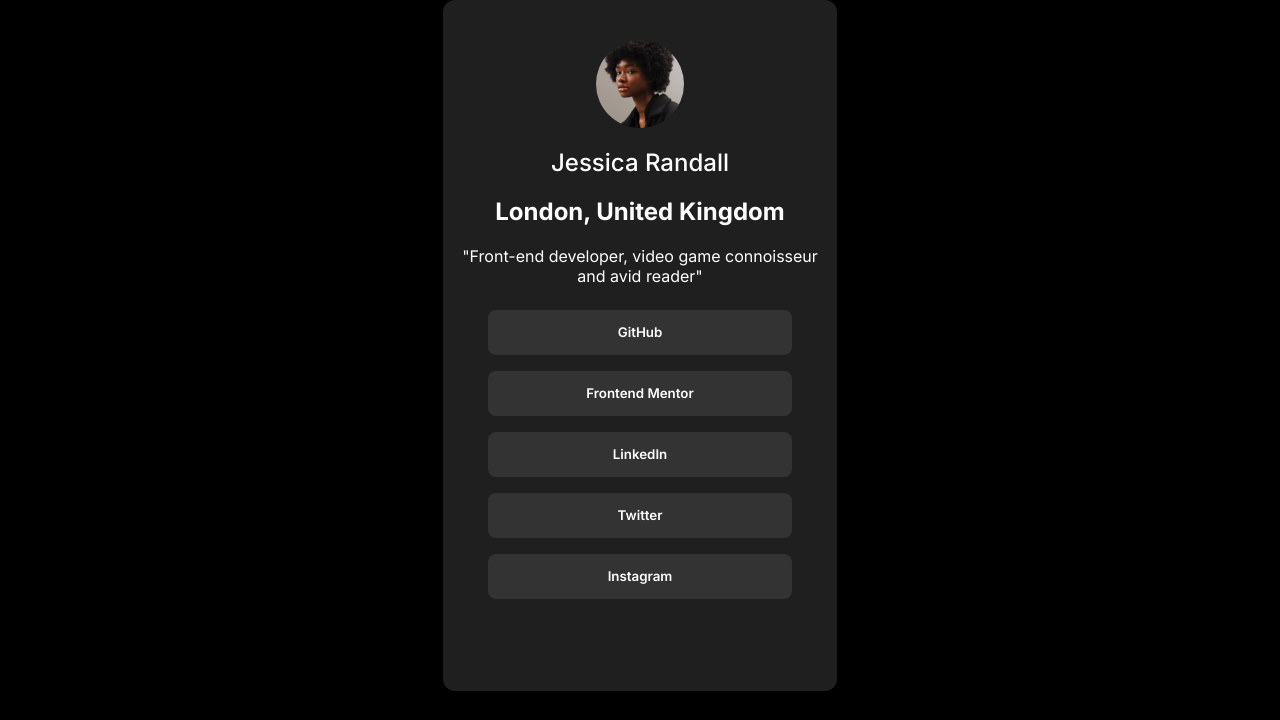
Repository: brandontaylor1/social-links-profile
Page: index.html
These files come from the project's save history. The page is drawn as it stood at one moment and after a run of saves; the edit follows.
The browser window is 1280 px wide. The pictures show the whole page.

Above is the page before, as saved 2024-12-25 17:51:44.

After the next 2 saves:
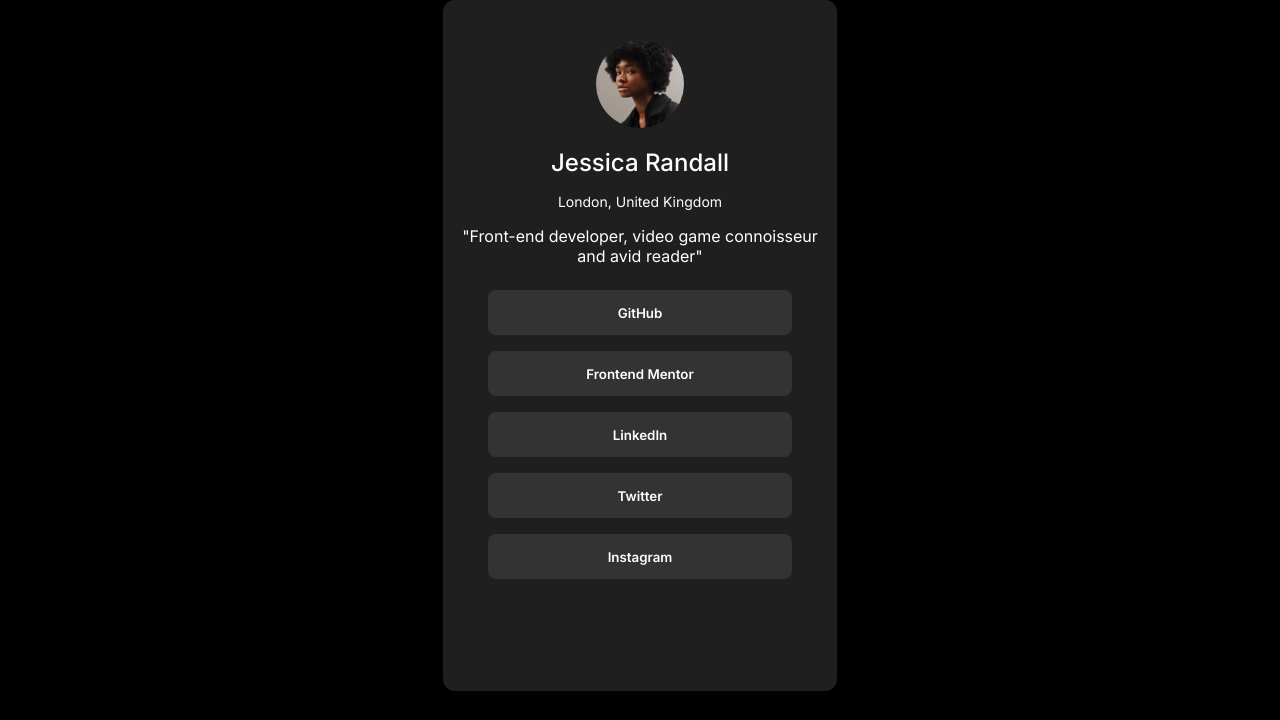
The 2 saves are shown as one change because they came seconds apart.
The last was saved 14 s later.
--- a/styles.css
+++ b/styles.css
@@ -44,7 +44,7 @@ body {
     font-weight: 500;
 }
 
-.profile-text p {
+.profile-text h2 {
     font-size: 14px;
     font-family: "Inter", sans-serif;
     font-weight: 400;
